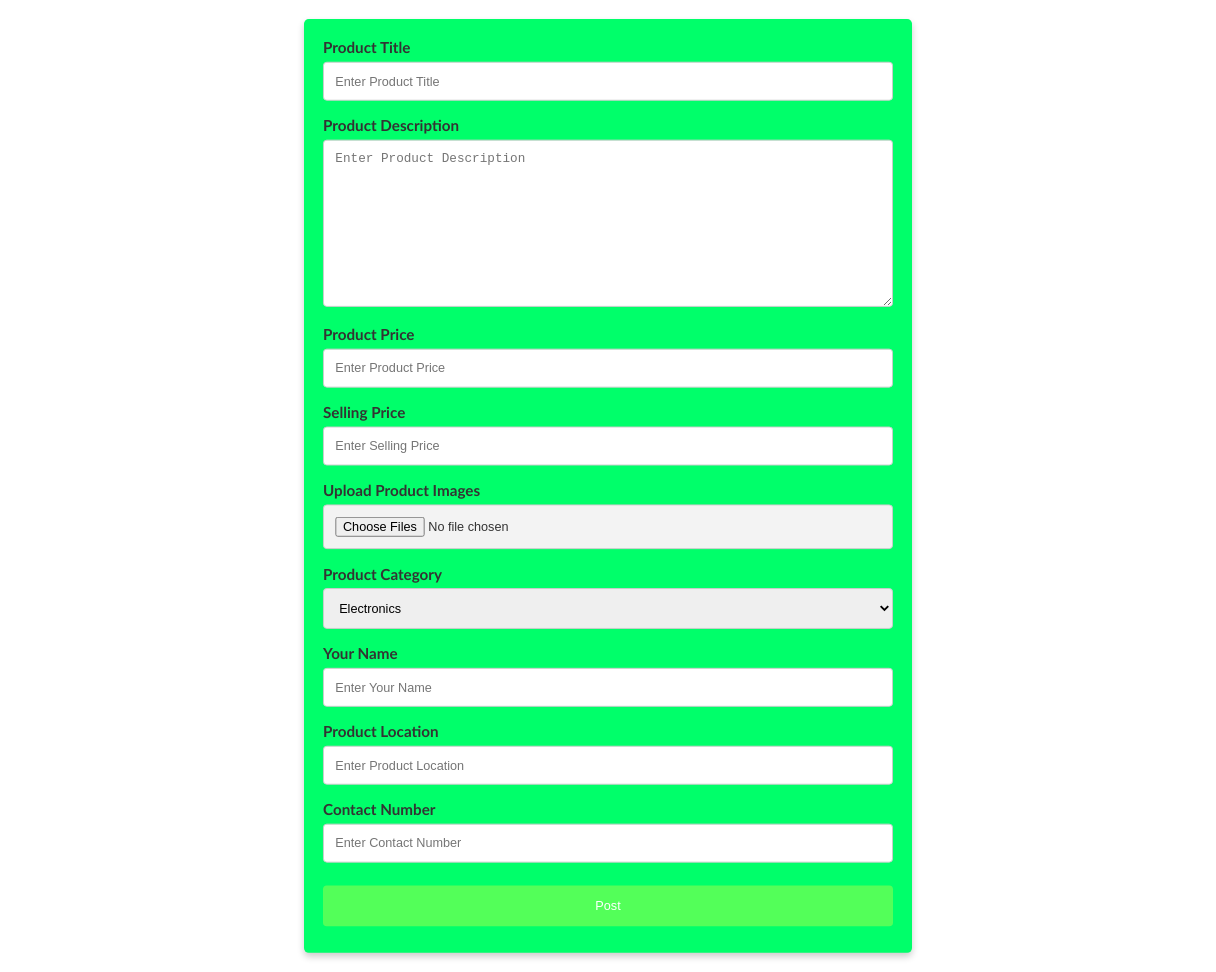
Repository: John-Prabu-A/web-dev-summer-school
Page: Session_1_Assignment/sell.html
The author's editor kept a copy of each file at every save. The page is drawn from the files as they stood at one save, then again after the next save.
The browser window is 1280 px wide. The pictures show the whole page, at 95% of full size.

Above is the page before, as saved 2024-06-20 14:55:37.

After the next save:
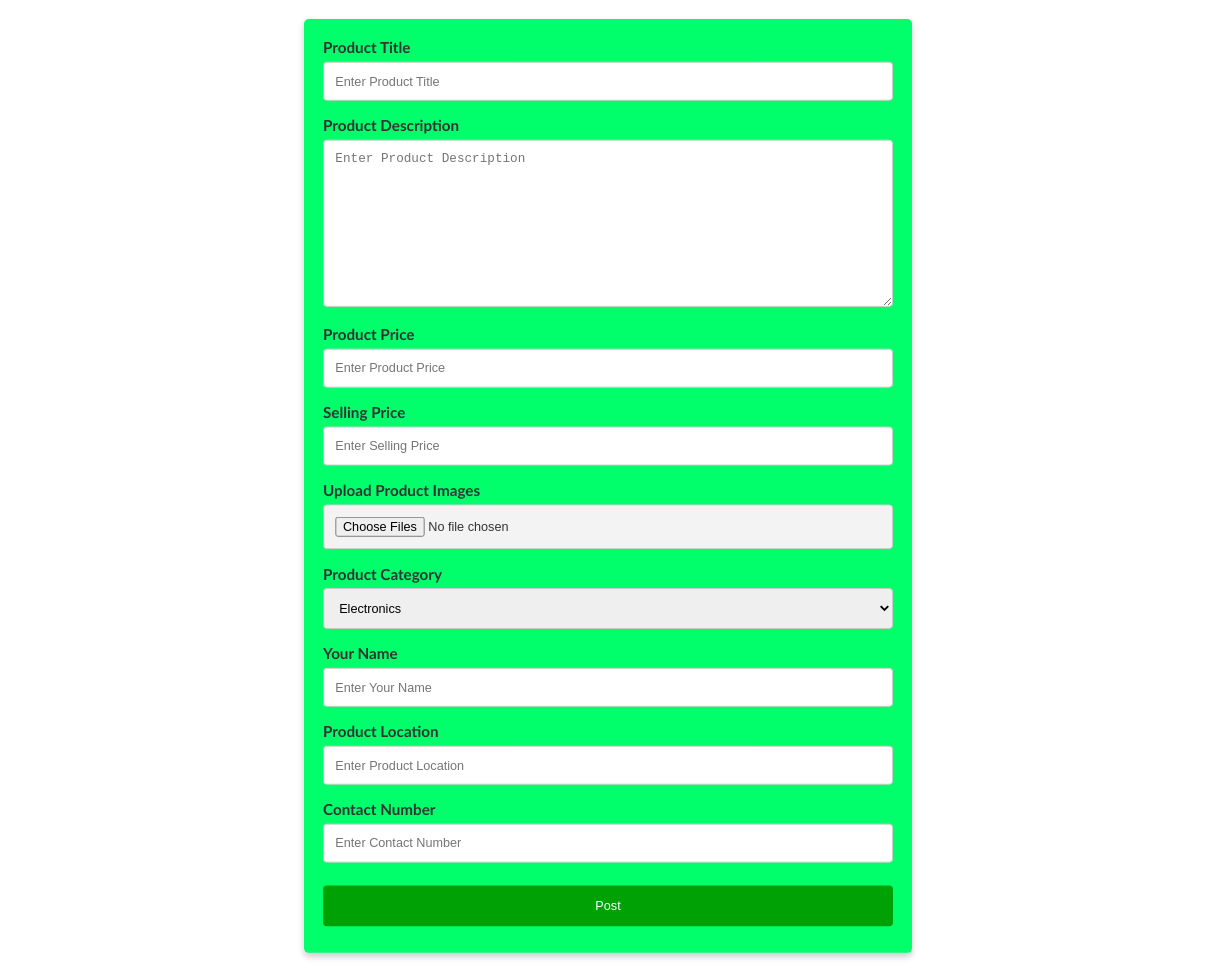
Saved 16 s later.
--- a/Session_1_Assignment/sell.html
+++ b/Session_1_Assignment/sell.html
@@ -29,7 +29,7 @@
         }
 
         button {
-            background-color: #53ff59;
+            background-color: #00a105;
             color: white;
             padding: 14px 20px;
             margin: 8px 0;
